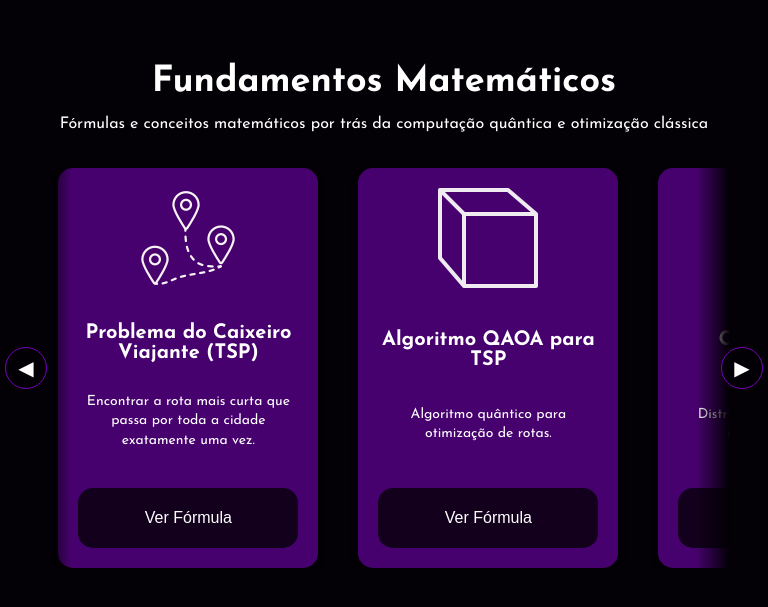
Repository: Everson9/Projeto-de-escalabilidade-quantica-definitivo
Page: fundamentos.html
An editor plug-in stored every save of this project. The page is shown before and after the next save, followed by the edit.
The browser window is 768 px wide. The pictures show the whole page.

Above is the page before, as saved 2025-10-01 10:34:47.
Not found: script.js

### fundamentos.html
<!DOCTYPE html>
<html lang="pt-br">
<head>
    <meta charset="UTF-8">
    <meta name="viewport" content="width=device-width, initial-scale=1.0">
    <title>Fundamentos Matemáticos</title>
    <link rel="stylesheet" href="fundamentos.css">
    <link href="https://fonts.googleapis.com/css2?family=Josefin+Sans:wght@400;700&display=swap" rel="stylesheet">
</head>
<body>

    <div class="fundamentos-matematicos">
        <h1>Fundamentos Matemáticos</h1>
        <p>Fórmulas e conceitos matemáticos por trás da computação quântica e otimização clássica</p>
    </div>

    <!-- Wrapper para o carrossel e as setas -->
    <div class="carousel-wrapper">
        <!-- Seta Esquerda -->
        <div id="prev-btn" class="carousel-btn">&#9664;</div>

        <!-- Container do Carrossel -->
        <div class="carousel-container">
            <div class="carousel-track">
                <!-- Cards Originais (Apenas os 4 originais são necessários, o JS cuidará da clonagem) -->
                <div class="formula_1">
                    <img src="imgs_icones/CaixeiroViajante.png" alt="Ícone do Problema do Caixeiro Viajante">
                    <h4>Problema do Caixeiro Viajante (TSP)</h4>
                    <p>Encontrar a rota mais curta que passa por toda a cidade exatamente uma vez.</p>
                    <button class="button"><a href="caixeiroviajante.html">Ver Fórmula</a></button>
                </div>
                <div class="formula_1">
                    <img src="imgs_icones/QAOA.png" alt="Ícone do Algoritmo QAOA">
                    <h4>Algoritmo QAOA para TSP</h4>
                    <p>Algoritmo quântico para otimização de rotas.</p>
                    <button class="button"><a href="AlgoritmoQAOA.html">Ver Fórmula</a></button>
                </div>
                <div class="formula_1">
                    <img src="imgs_icones/OtimizacaoPortfolio.png" alt="Ícone de Otimização de Portfólio">
                    <h4>Otimização de Portfólio</h4>
                    <p>Distribuir investimentos para maximizar retornos.</p>
                    <button class="button"><a href="Portifolio.html">Ver Fórmula</a></button>
                </div>
                <div class="formula_1">
                    <img src="imgs_icones/ComplexidadeComputacional.png" alt="Ícone de Complexidade Computacional">
                    <h4>Complexidade Computacional</h4>
                    <p>Resolver problemas que crescem com muitos elementos.</p>
                    <button class="button"><a href="Complexidade.html">Ver Fórmula</a></button>
                </div>
            </div>
        </div>

        <!-- Seta Direita -->
        <div id="next-btn" class="carousel-btn">&#9654;</div>
    </div>

    <!-- NOVO: Container para os indicadores (pontos) -->
    <div class="carousel-indicators"></div>

    <!-- Adicionando o arquivo JavaScript -->
    <script src="script.js"></script>

</body>
</html>

### fundamentos.css
body {
    background-color: #030105;
    font-family: 'Josefin Sans', sans-serif;
    color: #fff;
    margin: 0;
    padding: 0;
    display: flex;
    flex-direction: column;
    align-items: center;
    justify-content: flex-start;
    text-decoration: none;
    overflow-x: hidden; /* Esconde a barra de rolagem horizontal */
}

.fundamentos-matematicos {
    text-align: center;
    color: white;
    margin-top: 40px;
    margin-bottom: 20px;
}

h1 {
    font-size: 36px;
    margin-bottom: 10px;
}

/* Estilos dos Cards */
.formula_1 {
    width: 240px;
    height: 380px;
    background-color: #7703BA96;
    border-radius: 15px;
    padding: 20px;
    display: flex;
    flex-direction: column;
    justify-content: space-between;
    box-shadow: 0 4px 8px rgba(0, 0, 0, 0.2);
    margin: 0 20px; /* Espaçamento entre os cards */
    flex-shrink: 0; /* Impede que os cards encolham */
}

.formula_1 h4 {
    font-size: 20px;
    margin-bottom: 10px;
    text-align: center;
}

.formula_1 img {
    width: 100px;
    height: 100px;
    margin: 0 auto;
}

.formula_1 p {
    text-align: center;
    font-size: 14px;
    line-height: 1.4;
    margin-top: 10px;
}

.button {
    background-color: #030105C2;
    border: none;
    padding: 10px;
    color: white;
    font-size: 16px;
    text-align: center;
    height: 60px;
    border-radius: 15px;
    cursor: pointer;
    text-decoration: none;
    margin-top: 15px;
    transition: background-color 0.3s;
}

.button a {
    text-decoration: none;
    color: white;
    display: block;
    line-height: 40px;     /* Centraliza o texto verticalmente dentro do botão (ajuste se a altura do botão mudar) */
}

.button:hover a{
    background-color: #ffffffc2;
    color: #030105;
}

/* --- Novas Classes para o Carrossel --- */

.carousel-wrapper {
    position: relative; /* Necessário para posicionar as setas */
    width: 100%;
    display: flex;
    align-items: center;
    justify-content: center;
}

.carousel-container {
    width: 80%; /* Ajuste a largura conforme necessário */
    overflow: hidden;
    -webkit-mask-image: linear-gradient(to right, transparent, black 5%, black 95%, transparent);
    mask-image: linear-gradient(to right, transparent, black 5%, black 95%, transparent);
}

.carousel-track {
    display: flex;
    /* Removemos a animação automática */
    transition: transform 0.5s ease-in-out; /* Adiciona uma transição suave */
}

.carousel-btn {
    position: absolute;
    top: 50%;
    transform: translateY(-50%) rotate(0deg); /* Começa sem rotação */
    background-color: rgba(3, 1, 5, 0.8);
    color: white;
    border: 1px solid #7703BA;
    border-radius: 50%;
    width: 50px;
    height: 50px;
    display: flex;
    align-items: center;
    justify-content: center;
    font-size: 24px;
    cursor: pointer;
    z-index: 10;
    transition: background-color 0.3s, transform 0.3s ease;
}

.carousel-btn.rotate {
    transform: translateY(-50%) rotate(180deg); /* Girando 180 graus */
}

.carousel-btn:hover {
    background-color: #7703BA;
    transform: translateY(-50%) scale(1.1);
}

#prev-btn {
    left: 20px; /* Posição da seta esquerda */
}

#next-btn {
    right: 20px; /* Posição da seta direita */
}

/* --- Estilos para os Indicadores (Pontos) --- */
.carousel-indicators {
    display: flex;
    justify-content: center;
    margin-top: 20px;
}

.indicator-dot {
    width: 12px;
    height: 12px;
    border-radius: 50%;
    background-color: #777;
    margin: 0 5px;
    cursor: pointer;
    transition: background-color 0.3s ease;
}

.indicator-dot.active {
    background-color: #7703BA; /* Cor roxa para o ponto ativo */
}

/* --- Ajuste para a funcionalidade de arrastar --- */
.carousel-track.grabbing {
    cursor: grabbing; /* Muda o cursor enquanto o usuário arrasta */
}

.carousel-track.grabbing .formula_1 {
    pointer-events: none; /* Impede que links/botões sejam clicados durante o arrasto */
}

/* --- Media Query para Responsividade --- */
@media (max-width: 768px) {
    .carousel-container {
        width: 90%; /* Ocupa mais espaço em telas menores */
    }

    .carousel-btn {
        width: 40px;
        height: 40px;
        font-size: 20px;
    }

    #prev-btn {
        left: 5px; /* Aproxima as setas das bordas */
    }

    #next-btn {
        right: 5px;
    }

    .formula_1 {
        /* Opcional: reduzir um pouco o tamanho dos cards em telas muito pequenas */
        width: 220px;
        height: 360px;
    }
}

After the next save:
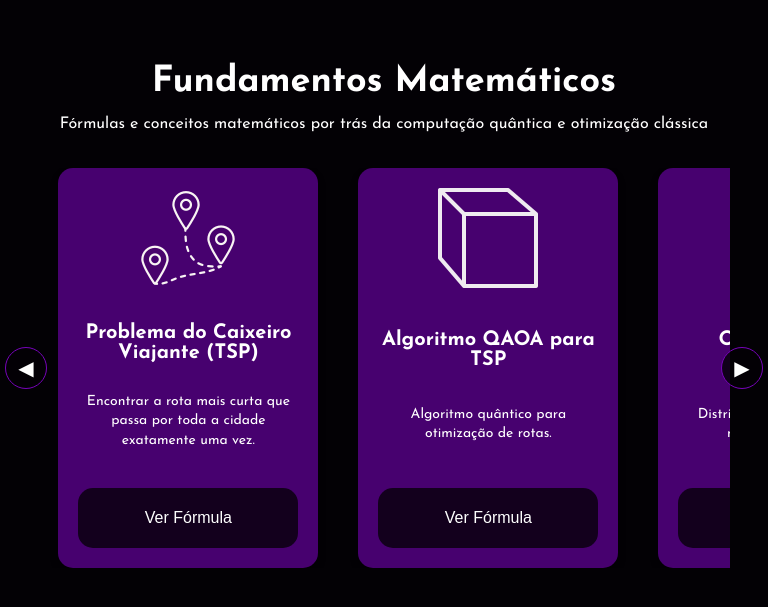
Saved 10 s later.
--- a/fundamentos.css
+++ b/fundamentos.css
@@ -98,14 +98,11 @@
 .carousel-container {
     width: 80%; /* Ajuste a largura conforme necessário */
     overflow: hidden;
-    -webkit-mask-image: linear-gradient(to right, transparent, black 5%, black 95%, transparent);
-    mask-image: linear-gradient(to right, transparent, black 5%, black 95%, transparent);
 }
 
 .carousel-track {
     display: flex;
-    /* Removemos a animação automática */
-    transition: transform 0.5s ease-in-out; /* Adiciona uma transição suave */
+    transition: transform 0.5s ease-in-out; /* Animação para a transição */
 }
 
 .carousel-btn {
@@ -165,19 +162,9 @@
     background-color: #7703BA; /* Cor roxa para o ponto ativo */
 }
 
-/* --- Ajuste para a funcionalidade de arrastar --- */
-.carousel-track.grabbing {
-    cursor: grabbing; /* Muda o cursor enquanto o usuário arrasta */
-}
-
-.carousel-track.grabbing .formula_1 {
-    pointer-events: none; /* Impede que links/botões sejam clicados durante o arrasto */
-}
-
-/* --- Media Query para Responsividade --- */
 @media (max-width: 768px) {
     .carousel-container {
-        width: 90%; /* Ocupa mais espaço em telas menores */
+        width: 90%;
     }
 
     .carousel-btn {
@@ -187,7 +174,7 @@
     }
 
     #prev-btn {
-        left: 5px; /* Aproxima as setas das bordas */
+        left: 5px;
     }
 
     #next-btn {
@@ -195,7 +182,6 @@
     }
 
     .formula_1 {
-        /* Opcional: reduzir um pouco o tamanho dos cards em telas muito pequenas */
         width: 220px;
         height: 360px;
     }
